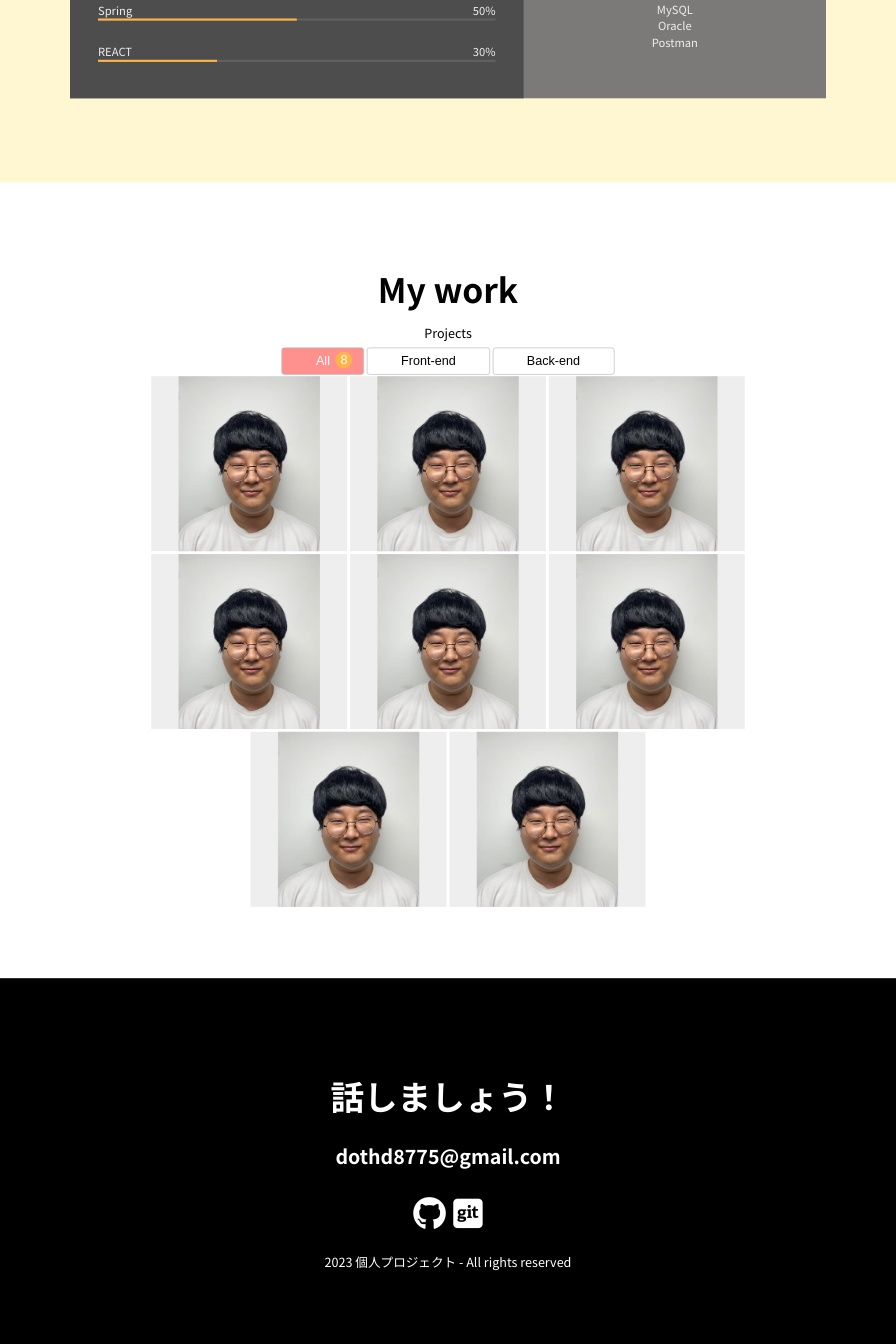
Repository: N1C0N1C0/website_introduction
Page: index.html
An editor plug-in stored every save of this project. The page is shown before and after the next save, followed by the edit.
The browser window is 1280 px wide. The pictures show the part of the page from y = 2148 to 4068 px (the page is 4068 px tall before and 4034 px after), at 70% of full size.
Some web libraries are served in a nearby version.

Above is the page before, as saved 2023-08-29 03:10:22.

After the next save:
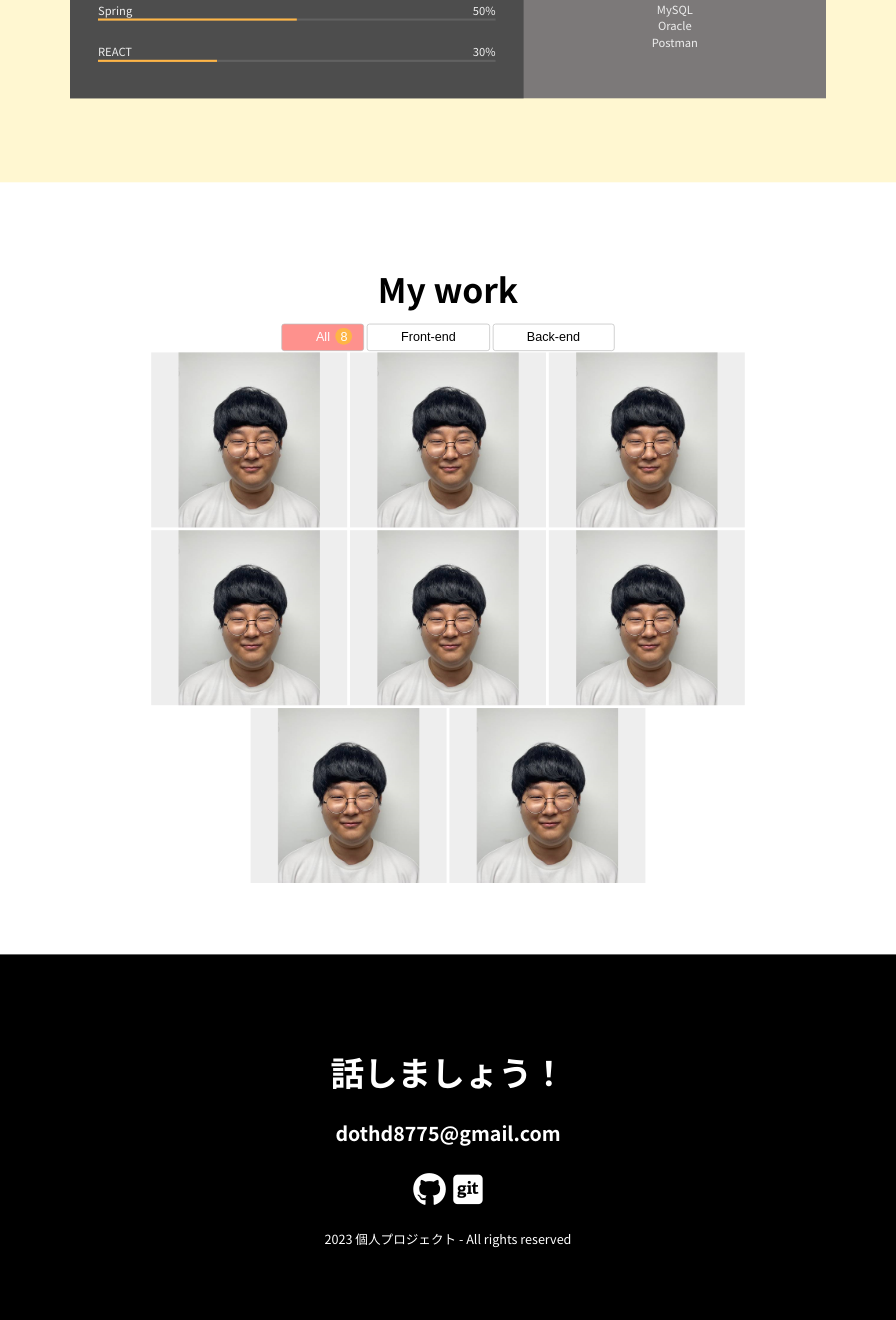
Saved 7 s later.
--- a/index.html
+++ b/index.html
@@ -185,7 +185,6 @@
     <section id="work" class="section">
       <div class="section__container">
       <h1>My work</h1>
-      <h3>Projects</h3>
       <div class="work__categories">
         <button class="category__btn selected" data-filter="*">
           All<span class="category__count">8</span>
